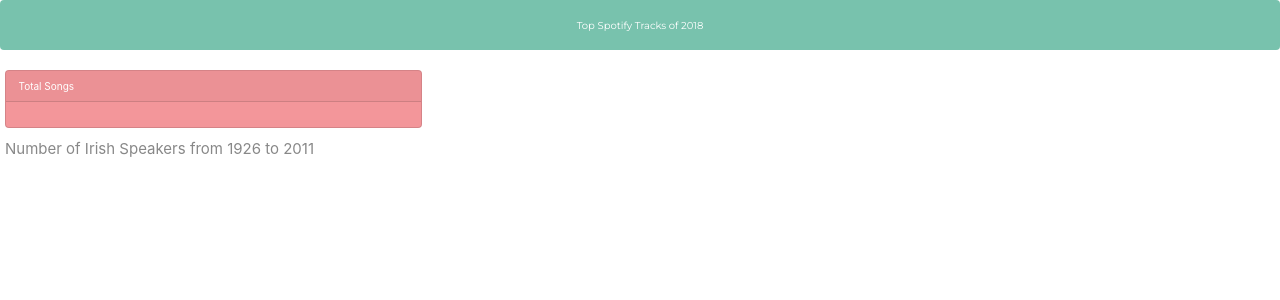
Repository: MelBiggs/milestone-project2
Page: index.html
The author's editor kept a record of every edit. The page is drawn from the files as they stood at one moment, then again after the next edit.
The browser window is 1280 px wide. The pictures show the whole page.
Some web libraries are served in a nearby version.

Above is the page before.
Console error (its wording comes from the project's code and is left out).

After the next edit:
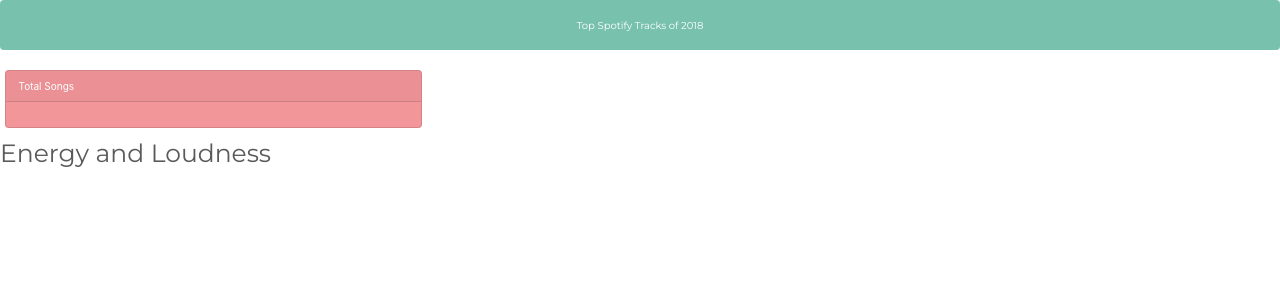
The edit:
--- a/index.html
+++ b/index.html
@@ -42,8 +42,10 @@
         </div>
     </section>
 
-    <div id="irish-speakers2011"><span class="graph-headers">Number of Irish Speakers from 1926 to 2011</span>
-    </div>
+    <section>
+        <h1>Energy and Loudness</h1>
+        <div id="danceability-chart"></div>
+    </section>
 
     <!--- JavaScript Files --->
     <script src="assets/js/jquery-3.4.1.js"></script>
